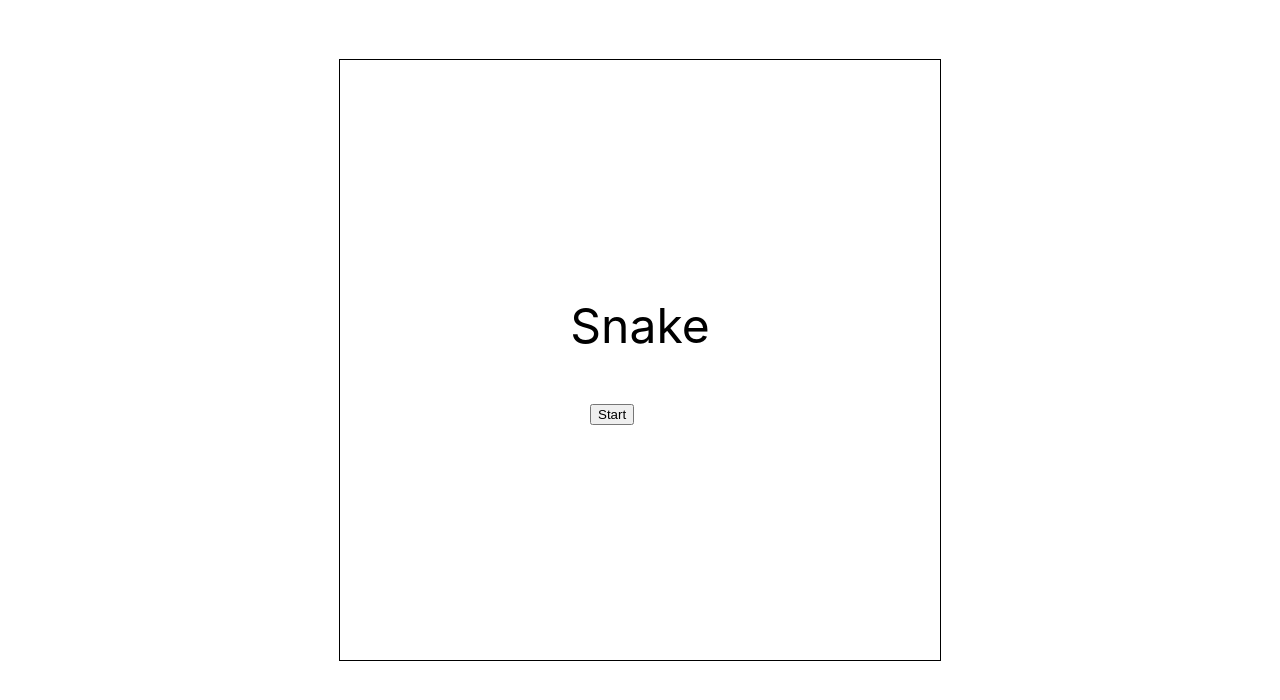
Repository: meills/react-snake
Page: /
An editor plug-in stored every save of this project. The page is shown before and after the next save, followed by the edit.
The browser window is 1280 px wide. The pictures show the whole page.
The project was rebuilt for these pictures with package versions that can differ from the ones it lists, and the page was loaded fresh each time. Also part of the build but not shown: src/components/Snakeboard.js, src/styles/App.css.

Above is the page before, as saved 2020-06-15 13:36:08.

### src/App.js
import React from 'react';
import Snakeboard from './components/Snakeboard.js';
import Welcome from './components/Welcome.js';
import GameOver from './components/Welcome.js';
import './styles/App.css';
import './styles/snakeboard.css';

const GRID_SIZE = 30;
const TICK_TIME = 100;

class App extends React.Component {
  state = {
    rows: GRID_SIZE,
    cols: GRID_SIZE,
    grid: [],
    food: {},
    snake: {
        head: {},
        tail: [],
    },
    currDir: 'left',
    tickTime: TICK_TIME,
    gameStart: false,
    gameOver: false,
  }


  render() {

    if (this.state.gameStart) {
      return (<div className="snake-container">
                <Snakeboard />
              </div>);
    }

    if (!this.state.gameStart) {
      return (<div className="snake-container">
                <Welcome />
              </div>);
    }

    if (this.state.gameOver) {

    }


  }

}

export default App;

### src/components/Welcome.js
import React from 'react';
import WelcomeMessage from './WelcomeMessage.js'
import StartButton from './StartButton.js'

function Welcome() {
    return(<div className='welcome'>
                <WelcomeMessage />
                <StartButton />
           </div>);
}

export default Welcome;

### src/styles/snakeboard.css
.snake-container {
    width: 100vw;
    height: 100vh;
    display: flex;
    align-items: center;
    justify-content: center;
}

.welcome {
    width: 600px;
    height: 600px;
    outline: 1px solid black;
    display: flex;
    align-items: stretch;
    align-items: center;
    justify-content: center;
    flex-direction: column;

}

.welcome-message {
    font-size: 3em;
    margin-bottom: 1em;
}

.start-btn {
    width: 100px;
}

.grid {
    outline: 1px solid black;
    width: 600px;
    height: 600px;
    margin: auto;
    display: flex;
    flex-direction: row;
    flex-wrap: wrap;
}

.grid-item {
    width: 20px;
    height: 20px;
}

.is-food {
    background-color: red;
}


.snake-head {
    background-color: black;
}

.snake-tail {
    background-color: black;
}

### src/components/WelcomeMessage.js
import React from 'react';

function WelcomeMessage() {
    return(<div className='welcome-message'> Snake
           </div>);
}

export default WelcomeMessage;

### src/components/StartButton.js
import React from 'react';

function StartButton() {
    return(<div className='start-btn'><button type='button'>Start</button></div>);
}

export default StartButton;

Loaded but not shown: public/index.html (common file); src/index.js (common file); src/styles/index.css (common file); src/serviceWorker.js (common file)

After the next save:
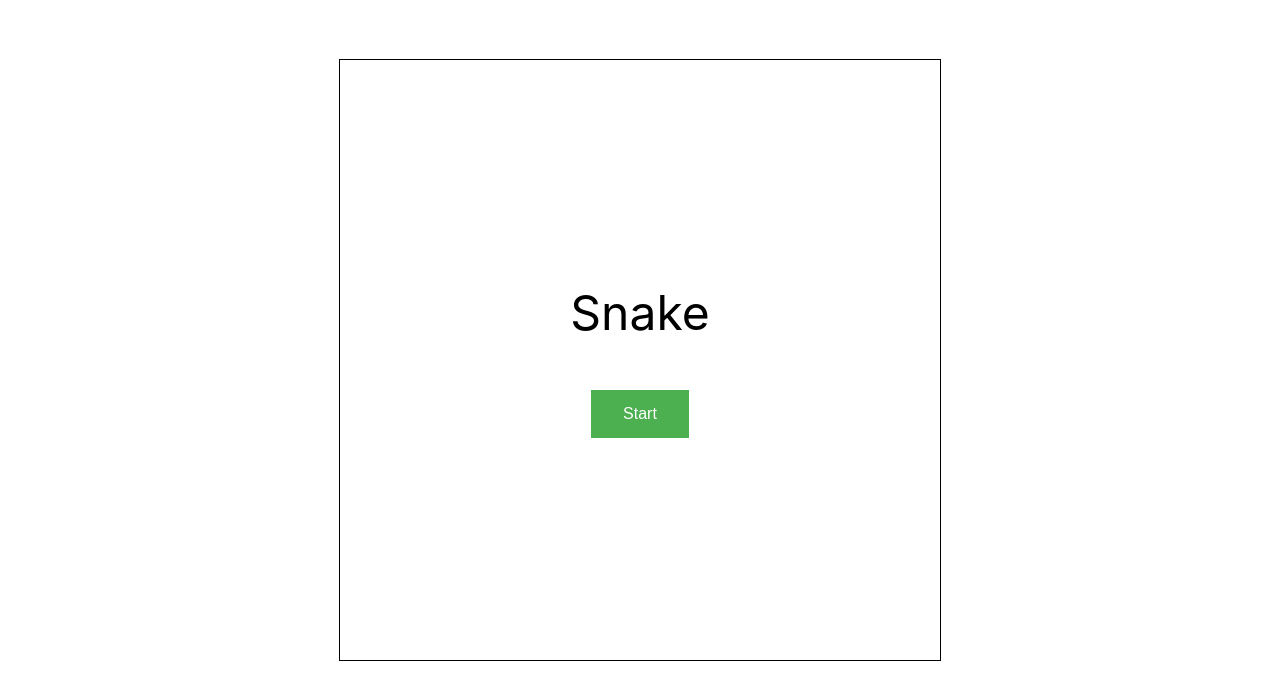
Saved 4 h 20 min later.
--- a/src/styles/snakeboard.css
+++ b/src/styles/snakeboard.css
@@ -23,9 +23,17 @@
     margin-bottom: 1em;
 }
 
-.start-btn {
-    width: 100px;
+button {
+    background-color: #4CAF50; /* Green */
+    border: none;
+    color: white;
+    padding: 15px 32px;
+    text-align: center;
+    text-decoration: none;
+    display: inline-block;
+    font-size: 16px;
 }
+
 
 .grid {
     outline: 1px solid black;
